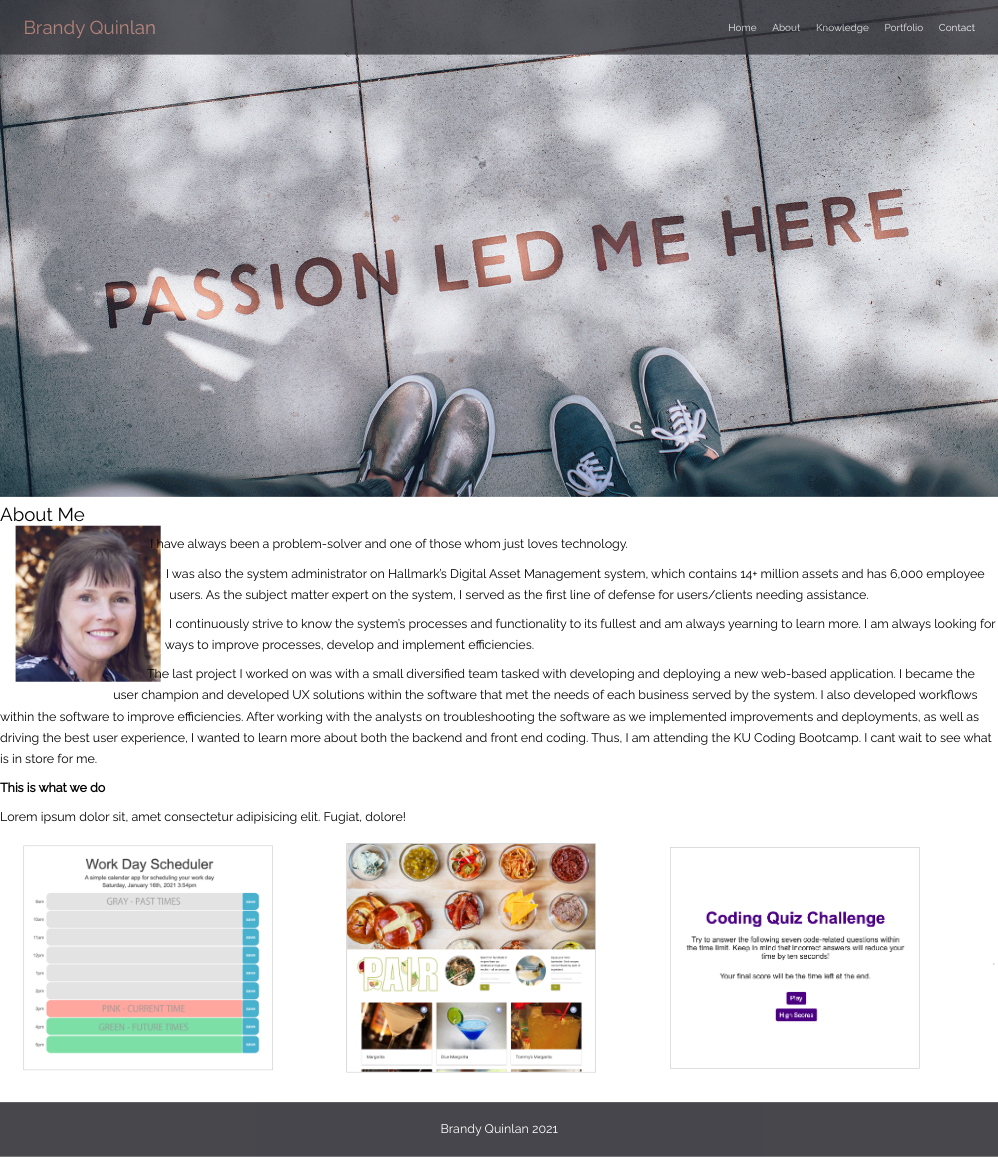
Repository: brandyquinlan/brandyquinlan
Page: index.html
The author's editor kept a copy of each file at every save. The page is drawn from the files as they stood at one save, then again after the next save.
The browser window is 1280 px wide. The pictures show the whole page, at 78% of full size.
Some web libraries are served in a nearby version.

Above is the page before, as saved 2021-02-05 20:54:57.

### index.html
<!DOCTYPE html>
<html lang="en">

<head>
    <meta charset="UTF-8">
    <meta name="viewport" content="width=device-width, initial-scale=1.0">
    <link href="https://fonts.googleapis.com/css2?family=Roboto" rel="stylesheet">
    <link href="https://fonts.googleapis.com/css2?family=Raleway" rel="stylesheet">

    <link rel="stylesheet" href="https://cdnjs.cloudflare.com/ajax/libs/font-awesome/5.13.0/css/all.min.css" integrity="sha256-h20CPZ0QyXlBuAw7A+KluUYx/3pK+c7lYEpqLTlxjYQ=" crossorigin="anonymous" />
    <link rel="stylesheet" href="css/style.css">
    <title>Quinlan Portfolio</title>
</head>

<body id="home">
    <header class="hero">
        <div id="navbar" class="navbar">
            <h1 class="name">Brandy Quinlan</h1>
            <nav>
                <ul>
                    <li><a href="#home">Home</a></li>
                    <li><a href="#about">About</a></li>
                    <li><a href="#knowledge">Knowledge</a></li>
                    <li><a href="portfolio.html">Portfolio</a></li>
                    <li><a href="contact.html">Contact</a></li>
                </ul>
            </nav>
        </div>
        <section class="container">
            <img src="img/ian-schneider-TamMbr4okv4-unsplash.png" alt="" class="no-repeat  center center/cover">
        </section>
        <!-- <div id="content">
            <h1>My Slogan</h1>
            <p>Lorem ipsum dolor sit amet, consectetur adipisicing elit. Delectus, molestiae.</p>
        </div> -->
    </header>

    <!-- About -->
    <section id="aboutMe">
        <h1>About Me</h1>
        <div id="aboutRow1">

            <img class="float-left img-fluid mr-4 w-25" src="img/Me_copy.png" alt="Brandy Quinlan">
        </div>
        <p>
            I have always been a problem-solver and one of those whom just loves technology.
        </p>
        <p>
            I was also the system administrator on Hallmark’s Digital Asset Management system, which contains 14+ million assets and has 6,000 employee users. As the subject matter expert on the system, I served as the first line of defense for users/clients needing
            assistance.
        </p>
        <p> I continuously strive to know the system’s processes and functionality to its fullest and am always yearning to learn more. I am always looking for ways to improve processes, develop and implement efficiencies.
        </p>
        <p>
            The last project I worked on was with a small diversified team tasked with developing and deploying a new web-based application. I became the user champion and developed UX solutions within the software that met the needs of each business served by the
            system. I also developed workflows within the software to improve efficiencies. After working with the analysts on troubleshooting the software as we implemented improvements and deployments, as well as driving the best user experience, I
            wanted to learn more about both the backend and front end coding. Thus, I am attending the KU Coding Bootcamp. I cant wait to see what is in store for me.
        </p>

    </section>
    <!-- Portfolio Gallery -->
    <section class="projects flex-grid section-padding">
        <header class="section-header">
            <h4>This is what we do</h4>
            <p>
                Lorem ipsum dolor sit, amet consectetur adipisicing elit. Fugiat, dolore!
            </p>
        </header>
        <div class="row">
            <div class="projectsGallery">

                <a href="https://brandyquinlan.github.io/HW05_Day_Planner/" target=”_blank”>
                    <img src="img/day_planner.png" alt="" />
                </a>
                <a href="https://brandyquinlan.github.io/PAIR/" target=”_blank”>
                    <img src="/img/PAIR.png" alt="" />
                </a>
                <a href="https://brandyquinlan.github.io/HW04_Coding_Quiz/" target=”_blank”>
                    <img src="img/code-quiz.png" alt="Code Quiz Project" />
                </a>
                <a href="">
                    <img src="" alt="" />
                </a>
            </div>
    </section>
    <footer>
        <div>
            <p>Brandy Quinlan 2021</p>
        </div>
    </footer>

</body>

</html>

### css/style.css
        * {
            box-sizing: border-box;
            margin: 0;
            padding: 0;
        }
        /* Base Styles */

        body {
            font-family: 'Raleway', sans-serif;
            background: #fff;
            /* color: #333; */
            line-height: 1.7;
        }

        h1,
        h2 {
            font-weight: 250;
            font-size: 1.5rem;
            line-height: 1.2;
        }

        ul {
            list-style: none;
        }

        p {
            margin: 10px 0;
        }

        a {
            text-decoration: none;
            color: #333;
        }

        img {
            max-width: 100%;
        }
        /* Header */

        header h1 {
            color: #bf8273;
            padding-left: 10px;
        }
        /* Navbar */

        #navbar {
            display: flex;
            align-items: center;
            justify-content: space-between;
            width: 100%;
            height: 70px;
            position: fixed;
            top: 0px;
            background: #333339;
            color: #fff;
            opacity: .8;
            padding: 0 20px;
        }

        #navbar a {
            color: #fff;
            padding: 10px 10px;
            font-size: .8rem;
        }

        #navbar a:hover {
            color: #a35a4e;
        }

        #navbar ul {
            display: flex;
        }
        /* About */

        #about {
            border: 30px #5b8f9c solid;
            padding: 30px 80px;
            background: #f4f4f4;
            color: #333;
            /* background: #99999d;
            color: #fff; */
            font-size: .9rem;
        }

        #about h1 {
            color: #e6978a;
            padding-bottom: 20px;
        }

        #aboutRow1 {
            float: left;
            /* padding: 20px; */
            justify-content: space-between;
            margin: 0 20px;
            shape-outside: circle();
        }

        #about img {
            border-radius: 50%;
            margin-right: 50px;
            width: 150px;
            height: 150px;
        }
        /* Knowledge */

        #knowledge h1 {
            /* border-top: #99999d 5px solid; */
            color: #e6978a;
            /* font-weight: bolder; */
            padding: 20px 0 0 80px;
            background: #fff;
        }

        .blocks {
            position: relative;
            top: 20px;
            height: 230px;
            font-size: .9rem;
            background: #f4f4f4;
            border: #ccc 1px dashed;
        }

        .box {
            float: left;
            width: 30%;
            padding: 30px;
            text-align: center;
        }

        .box i {
            margin-bottom: 10px;
        }

        .blocks #box2 {
            background: #e6978a;
            color: #fff;
            height: 230px;
            width: 40%;
            /* position: relative;
            top: -10px; */
        }

        .blocks p {
            margin-bottom: 25px;
        }

        .blocks .btn {
            background: #333;
            color: #fff;
            padding: 5px 15px;
            margin-top: 15px;
            cursor: pointer;
        }

        .blocks .btn:hover {
            opacity: .8;
        }
        /* Projects */

        .projectsGallery {
            padding: 10px 5px 20px 30px;
            display: flex;
            justify-content: space-between;
            align-items: center;
        }

        .projects img {
            border: #ccc 1px solid;
            width: 25vw;
        }

        .projectsGallery p {
            background: #e6978a;
        }

        .projects h1 {
            justify-content: center;
            color: #e6978a;
            padding: 40px 0 0 80px;
        }
        /* Contact */
        /* .form-group {
            align-items: center;
        } */

        #contact {
            display: flex;
            justify-content: space space-between;
            width: 100%;
            max-width: 1920px;
            margin-top: 40px;
            padding: 20px 80px;
            background: #99999d;
            color: #fff;
            font-size: .9rem;
        }

        #contact .column2 {
            width: 40vw;
            align-items: center;
            margin-left: 40px;
            padding: 25px;
            font-size: .9rem;
            border: 15px solid #67a5b4;
        }

        #contact form {
            width: 40vw;
            outline-color: #e6978a;
        }

        #contact input {
            /* display: inline-block;
            flex-direction: column; */
            width: 100%;
            /* margin: 5px 0 0 0; */
            padding: 5px;
            outline: none;
            outline-color: #e6978a;
            /* border-top-style: hidden;
            border-right-style: hidden; */
            border-style: hidden;
            /* border-bottom-style: groove; */
        }

        #contact label {
            /* display: inline-block; */
            margin-bottom: 5px;
            outline-color: #e6978a;
        }

        #contact textarea {
            height: 60px;
            width: 100%;
            outline-color: #e6978a;
            border-style: hidden;
        }

        #contact .btn {
            border-style: hidden;
            text-align: center;
            background: #e6978a;
            width: 30%;
            margin: 5px 0 5px 0;
            padding: 5px;
            color: #333339;
            /* outline: none; */
            /* background: #e6978a; */
            /* outline: none; */
        }

        #contact h1 {
            padding-top: 5px;
        }
        /* Footer */

        footer {
            background: #333339;
            opacity: .9;
            height: 70px;
        }

        footer p {
            display: flex;
            align-items: center;
            justify-content: center;
            color: #fff;
            padding-top: 20px;
        }

        @media(max-width:768px) {}

After the next save:
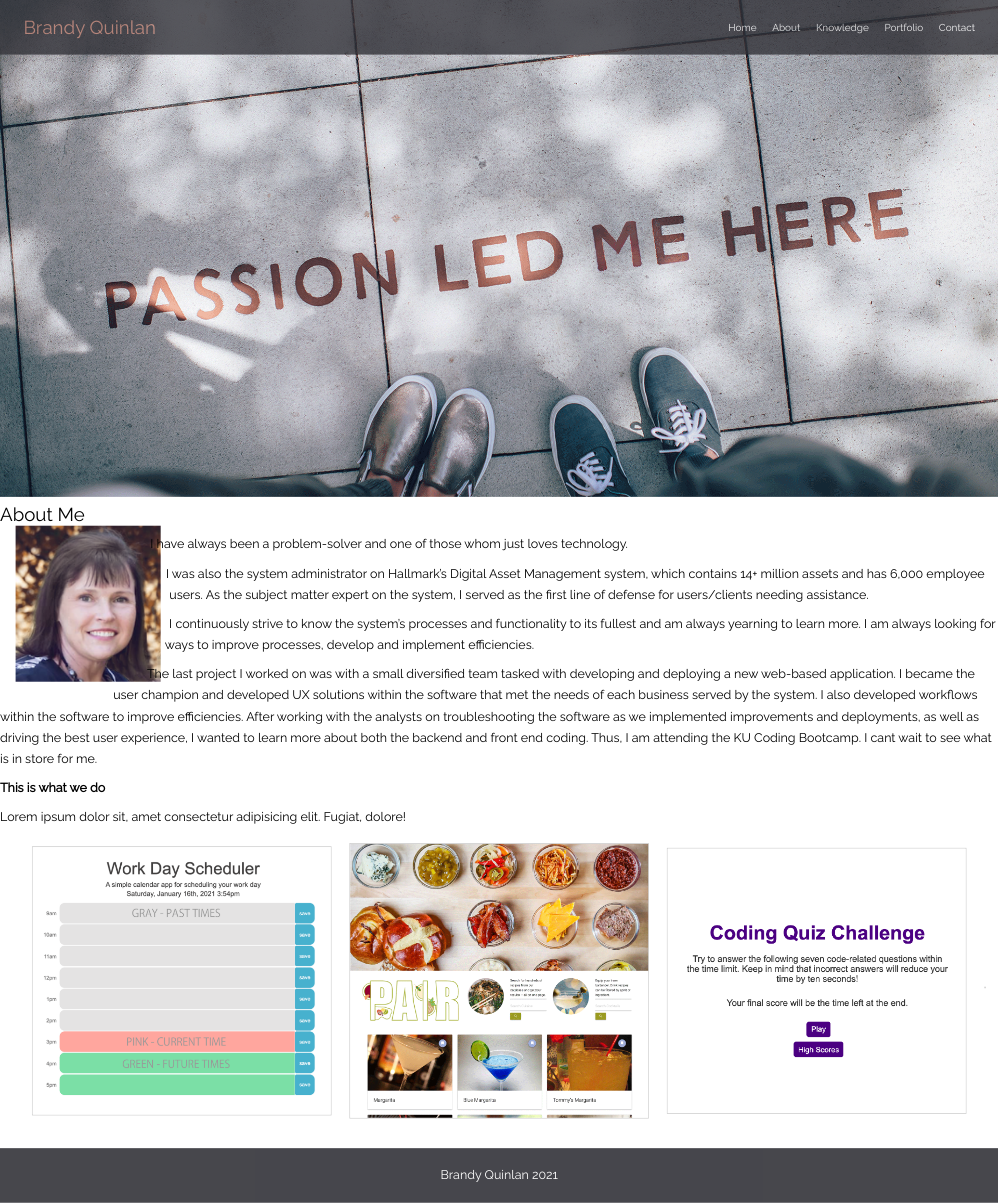
Saved 21 s later.
--- a/css/style.css
+++ b/css/style.css
@@ -160,13 +160,13 @@
         .projectsGallery {
             padding: 10px 5px 20px 30px;
             display: flex;
-            justify-content: space-between;
+            justify-content: space-around;
             align-items: center;
         }
 
         .projects img {
             border: #ccc 1px solid;
-            width: 25vw;
+            width: 30vw;
         }
 
         .projectsGallery p {
